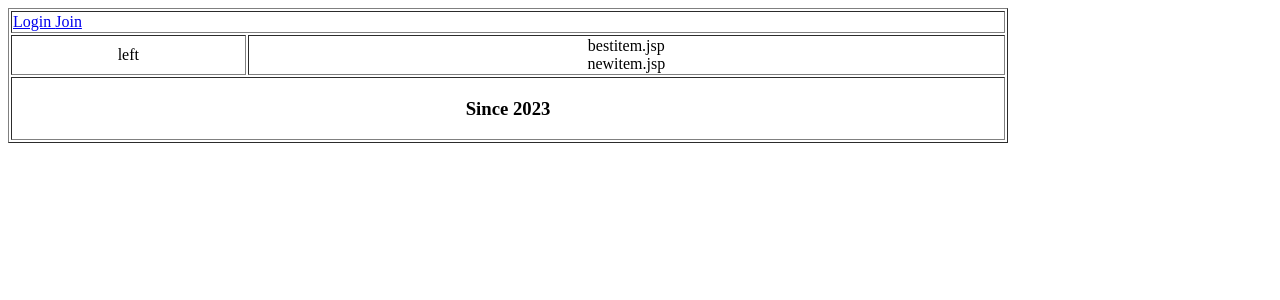
Repository: JeongDaejin/JSP-
Page: http://localhost/ServletTest/template.jsp?page=newitem
These files come from the project's save history. The page is drawn as it stood at one moment and after the next save; the edit follows.
The browser window is 1280 px wide. The pictures show the whole page.
The page is served by Tomcat 9.

Above is the page before, as saved 2023-02-01 06:44:53.

After the next save:
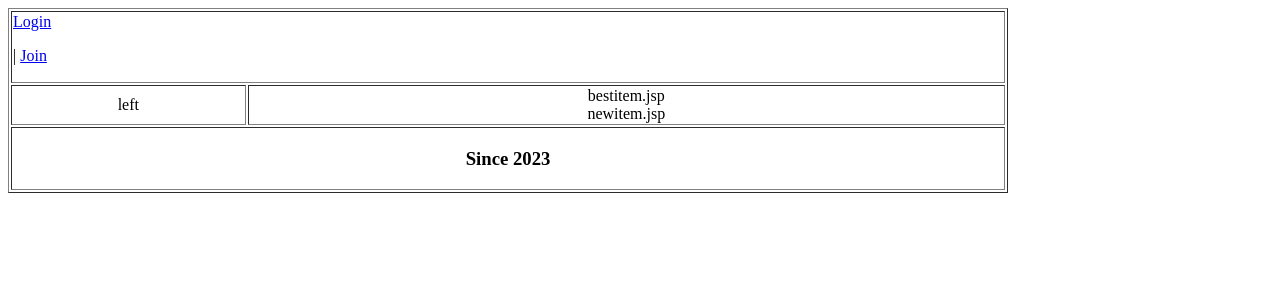
Saved 20 s later.
--- a/JSPExam2/ServletTest/src/main/webapp/top.jsp
+++ b/JSPExam2/ServletTest/src/main/webapp/top.jsp
@@ -8,7 +8,7 @@
 </head>
 <body>
 <a href="login.jsp">Login </a>
-
+<p>|
 <a href="Join.jsp">Join</a>
 </body>
 </html>

After the save that followed:
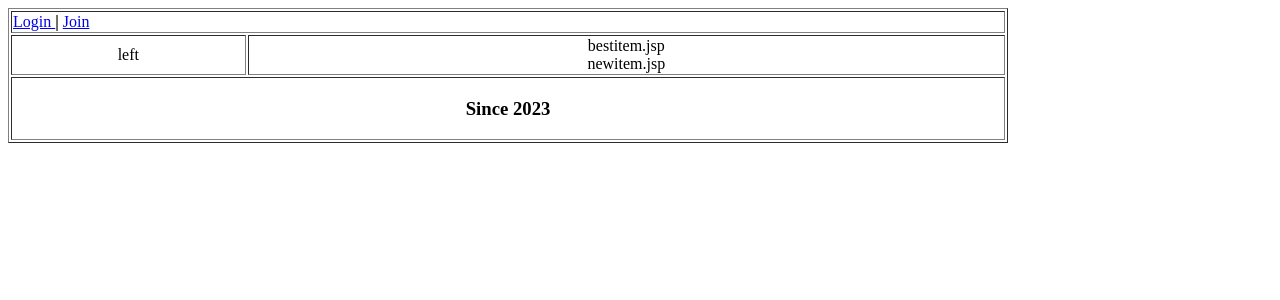
Saved 12 s later.
--- a/JSPExam2/ServletTest/src/main/webapp/top.jsp
+++ b/JSPExam2/ServletTest/src/main/webapp/top.jsp
@@ -8,7 +8,7 @@
 </head>
 <body>
 <a href="login.jsp">Login </a>
-<p>|
+<b>|</b>
 <a href="Join.jsp">Join</a>
 </body>
 </html>
